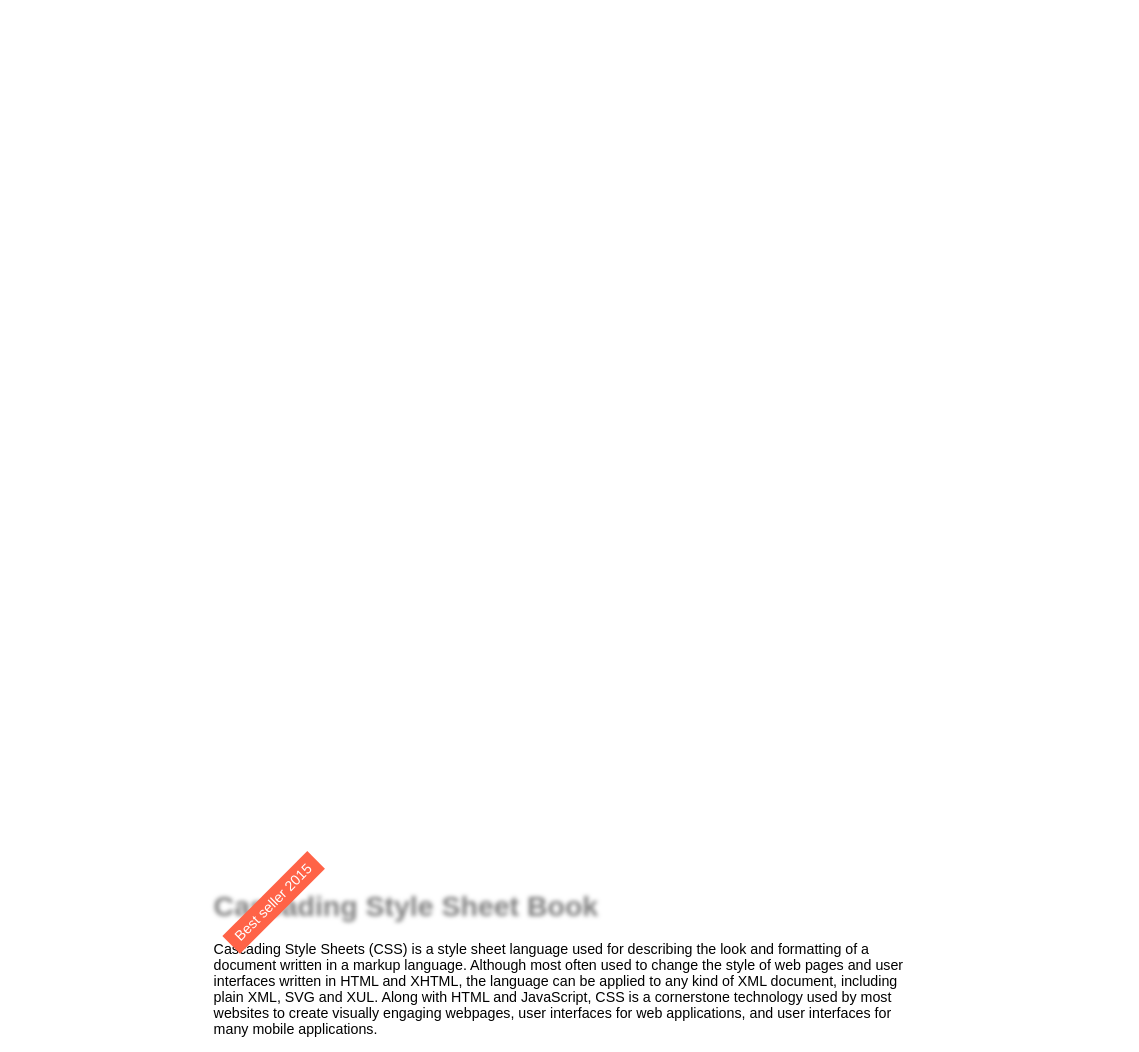
Repository: G1tHub-zer0/BTTH
Page: BTCSS/bai12.html
These files come from the project's save history. The page is drawn as it stood at one moment and after the next save; the edit follows.
The browser window is 1280 px wide. The pictures show the whole page, at 89% of full size.

Above is the page before, as saved 2024-03-22 19:16:38.

### BTCSS/bai12.html
<!DOCTYPE html>
<html lang='en'>

<head>
    <meta charset='UTF-8'>
    <meta http-equiv='X-UA-Compatible' content='IE=edge'>
    <meta name='viewport' content='width=device-width, initial-scale=1.0'>
    <link rel='stylesheet' href='bai12.css'>
    <title></title>
</head>

<body>
    <div class="container">
        <div class="ribbon">Best seller 2015</div>
        <h1>Cascading Style Sheet Book</h1>
        <p>
            Cascading Style Sheets (CSS) is a style sheet language used for describing the look and formatting of a
            document written in a markup language. Although most often used to change the style of web pages and user
            interfaces written in HTML and XHTML, the language can be applied to any kind of XML document, including
            plain XML, SVG and XUL. Along with HTML and JavaScript, CSS is a cornerstone technology used by most
            websites to create visually engaging webpages, user interfaces for web applications, and user interfaces for
            many mobile applications.
        </p>
    </div>
</body>

</html>

### BTCSS/bai12.css
body {
  margin: 0 auto;
  max-width: 800px;
  font-family: Arial, sans-serif;
  box-sizing: border-box;
  padding: 0;
}
h1 {
  color: transparent; /* Làm chữ trở thành trong suốt */
  text-shadow: 0 0 5px rgba(0, 0, 0, 0.5); /* Áp dụng shadow mờ */
}
.container {
  margin-top: 1000px;
}
.ribbon {
  position: absolute;
  top: 5;
  left: 30;
  background-color: #ff6347;
  color: #fff;
  padding: 5px 10px;
  transform: rotate(-45deg);
}

After the next save:
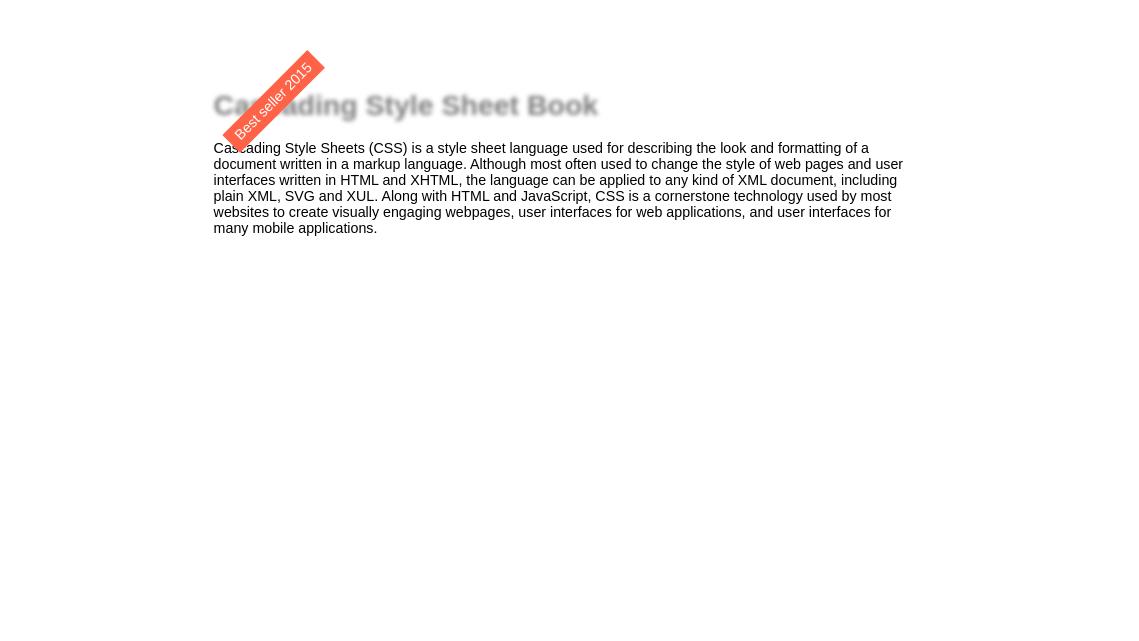
Saved 4 s later.
--- a/BTCSS/bai12.css
+++ b/BTCSS/bai12.css
@@ -10,7 +10,7 @@ h1 {
   text-shadow: 0 0 5px rgba(0, 0, 0, 0.5); /* Áp dụng shadow mờ */
 }
 .container {
-  margin-top: 1000px;
+  margin-top: 100px;
 }
 .ribbon {
   position: absolute;
